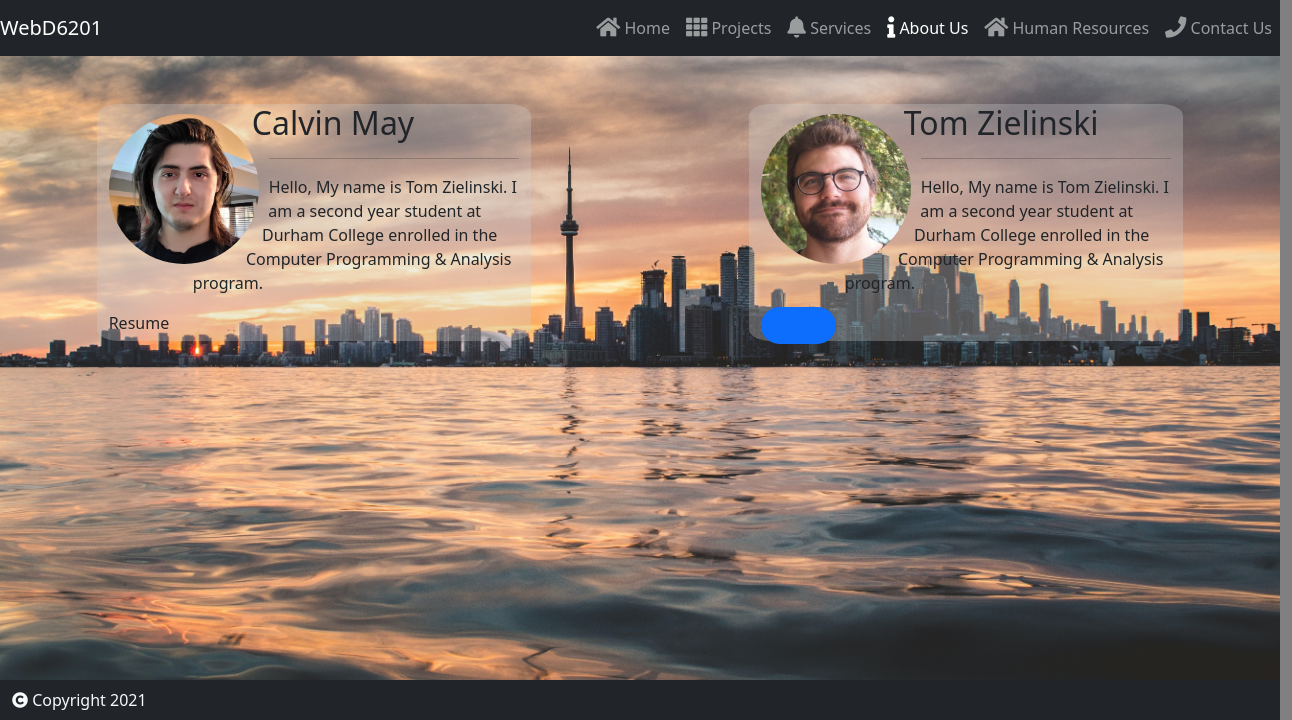
Repository: Tomelinski/Webd6201-Lab02
Page: about.html
The author's editor kept a copy of each file at every save. The page is drawn from the files as they stood at one save, then again after the next save.
The browser window is 1280 px wide. The page is 1292 px wide, so the pictures cover 1292 px, including what lies to the right of the window. The pictures show the whole page.

Above is the page before, as saved 2021-02-05 19:18:33.

### about.html
<!-- Author(s): Tom Zielinski,
 *              Calvin May
 *
 *   Date: 02/02/2021 | Last Modified: 02/03/2021
 *   Document: about.html
 *   Description: ...
-->
<!DOCTYPE html>
<html lang="en">
<head>
    <meta charset="UTF-8">
    <meta name="viewport" content="width=device-width, initial-scale=1.0">
    <title>About</title>
    <!-- -->
    <link rel="stylesheet" href="./node_modules/bootstrap/dist/css/bootstrap.min.css">
    <link rel="stylesheet" href="./node_modules/@fortawesome/fontawesome-free/css/all.min.css">
    <link rel="stylesheet" href="./Content/app.css">

</head>
<body>
      <!-- Main header -->
      <header>
        <!-- Main Nav -->
          <nav class="navbar navbar-expand-lg navbar-dark bg-dark ">
              <a class="navbar-brand" href="./index.html">WebD6201</a>
              <button class="navbar-toggler" type="button" data-toggle="collapse" data-target="#navbarSupportedContent" aria-controls="navbarSupportedContent" aria-expanded="false" aria-label="Toggle navigation">
                <span class="navbar-toggler-icon"></span>
              </button>

              <div class="collapse navbar-collapse" id="navbarSupportedContent">
                <ul id="pageList" class="navbar-nav ms-auto mb-2 mb-lg-0">
                  <li class="nav-item ">
                    <a class="nav-link" aria-current="page" href="index.html"><i class="fas fa-home fa-lg"></i> Home</a>
                  </li>

                  <li class="nav-item">
                      <a id="projects" class="nav-link" aria-current="page" href="products.html"><i class="fas fa-th fa-lg"></i> Products</a>
                  </li>

                  <li class="nav-item">
                      <a class="nav-link" aria-current="page" href="services.html"><i class="fas fa-bell fa-lg"></i> Services</a>
                  </li>

                  <li class="nav-item">
                      <a class="nav-link active" aria-current="page" href="about.html"><i class="fas fa-info fa-lg"></i> About Us</a>
                  </li>

                  <li class="nav-item">
                      <a class="nav-link" aria-current="page" href="contact.html"><i class="fas fa-phone fa-lg"></i> Contact Us</a>
                  </li>
                </ul>
              </div>
            </nav>
      </header>

      <main>
        <div class="container"></div>
          <div class="row justify-content-around">
            <div id="about-calvin" class="col-4 mt-5 about-background">

            </div>
            <div id="about-tom" class="col-4 mt-5 about-background">

            </div>
          </div>
        </div>
      </main>

    <!-- Script section -->
    <script src="./node_modules/jquery/dist/jquery.min.js"></script>
    <script src="./node_modules/bootstrap/dist/js/bootstrap.bundle.min.js"></script>
    <script src="./Scripts/app.js"></script>
</body>

</html>

### Content/app.css
/* Author(s): Tom Zielinski,
 *              Calvin May
 *
 *   Date: 02/02/2021 | Last Modified: 02/03/2021
 *   Document: Services.html
 *   Description: ...
*/
/* Custom css page */
body{
    width:100vw;
    height:100vh;
    background: url("../Pictures/Toronto.jpg") no-repeat center center fixed;
    -webkit-background-size: cover;
    -moz-background-size: cover;
    -o-background-size: cover;
    background-size: cover;
    overflow-x: hidden;
    margin:0px;
    min-height:100%;
    background-color: gray;
}

.headshot-portrait{
    width: 150px;
    height: 150px;
    border-radius: 50%;
    float: left;
    shape-outside: circle();
    margin: 10px 10px 15px 0px;
}

.about-background{
    background: rgba(210, 210, 210, 0.3);
    border-radius: 5%;

}

### Scripts/app.js
/** Author(s): Tom Zielinski,
 *             Calvin May
 *
 *  Date: 02/02/2021 | Last Modified: 02/03/2021
 *  Document: app.js
 *  Description: ...
 */

/** Custom JavaScript Page */

/** IFFE Function */
(() => {

    // Declarations
    let mainContent = document.getElementsByTagName("main")[0]; // Holds the <main> element


    // First Fix the upper, lower navbars. Ensuring they display properly
    fixNavBars();

    /** Web Application Startup Functions */
    /** Start() - Lets the application know which content to load
     *          based on the title of the document.
    */
    function Start() {
        console.log("Web App Started.");``


        // A switch case used to figure out which page is being loaded.
        switch (document.title) {
            case "Home":
                displayHomePage();
                break;
            case "About":
                displayAboutPage();
                break;
            case "Contact":
                displayContactPage();
                break;
            case "Projects":
                displayProjectsPage();
                break;
            case "Services":
                displayServicesPage();
                break;
            case "Human Resources":
                displayHumanResourcesPage();
                break;
        }

    }

    /** Display Page Content Functions */
    /** displayHomePage() - Loads the Content for index.html */
    function displayHomePage() {

        let newParagraph = document.createElement("p");
        newParagraph.setAttribute("id", "paragraphOne");
        newParagraph.className = "fs-6 col col-md-4 mt-5 m-auto px-4 border border-dark border-4 rounded";
        newParagraph.textContent = "Welcome to Cavlin May's and Tom Zielinski's Webd6201 Lab01 webpage.";

        mainContent.appendChild(newParagraph);
    }

    /** displayAboutPage() - Loads the Content for about.html */
    function displayAboutPage() {

        // About Tom Content
        //-Create Elements for About Tom
        let aboutTomDiv = document.getElementById("about-tom");
        let tomHeading = document.createElement("h2");
        let pic = document.createElement("img");
        let aboutTom = document.createElement("p");
        let tomResume = document.createElement("a");

        // Set the Attributes, html, and Content for Toms Elements
        tomHeading.textContent = "Tom Zielinski";
        pic.setAttribute("src", "../Pictures/Tom.jpeg");
        pic.setAttribute("class", "headshot-portrait");
        pic.setAttribute("alt", "Headshot of Tom");
        aboutTom.innerHTML = `<hr/><p>Hello, My name is Tom Zielinski. I am a second year student at Durham College enrolled in the Computer Programming & Analysis program.</p>`;
        tomResume.setAttribute("href", "../files/resumes/Tom_Resume.pdf");
        tomResume.setAttribute("download", "");
        tomResume.setAttribute("class", "navbar-brand rounded-pill bg-primary");
        tomResume.textContent = "Resume";

        // Insert the Elements within the about-tom div
        aboutTomDiv.appendChild(pic);
        aboutTomDiv.appendChild(tomHeading);
        aboutTomDiv.appendChild(aboutTom);
        aboutTomDiv.appendChild(tomResume);

        // About Calvin Content
        //-Create Elements for About Calvin
        let aboutCalvinDiv = document.getElementById("about-calvin");
        let calvinHeading = document.createElement("h2");
        let calvinPortrait = document.createElement("img");
        let aboutCalvin = document.createElement("p");
        let calvinResume = document.createElement("a");

        // Set the Attributes, html, and Content for Toms Elements
        calvinHeading.textContent = "Calvin May";
        calvinPortrait.setAttribute("src", "../Pictures/Calvin.jpg");
        calvinPortrait.setAttribute("class", "headshot-portrait");
        calvinPortrait.setAttribute("alt", "Headshot of Tom");
        aboutCalvin.innerHTML = `<hr/><p>Hello, My name is Tom Zielinski. I am a second year student at Durham College enrolled in the Computer Programming & Analysis program.</p>`;
        calvinResume.textContent = "Resume";

        // Insert the Elements within the about-tom div
        aboutCalvinDiv.appendChild(calvinPortrait);
        aboutCalvinDiv.appendChild(calvinHeading);
        aboutCalvinDiv.appendChild(aboutCalvin);
        aboutCalvinDiv.appendChild(calvinResume);
    }

    /** displayContactPage() - Loads the Content for contact.html */
    function displayContactPage() {

    }

    /** displayProjectsPage() - Loads the Content for projects.html */
    function displayProjectsPage() {

    }

    /** displayServicesPage() - Loads the Content for services.html */
    function displayServicesPage() {

    }

    /** displayHumanResourcesPage() - Loads the Content for human_resources.html */
    function displayHumanResourcesPage() {


    }

    /**
     * fixNavBars() - This Function is used to finish creating the Header/Footer Navbars
     *              using DOM Manipulation and Injection. First it fixes the "Products"
     *              NavBar link to correctly show, "Projects" and link to the projects.html
     *              page. It also Insert a new NavBar link, "Human Recources" between
     *              "About us" and "Contact Us" links. Finally, it adds a footer to the
     *              bottom of the page.
     */
    function fixNavBars()
    {
        // Fix the "Products" Nav item
        let projectPageAnchor = document.getElementById("projects");    // Get the Nav item Anchor tag by id
        projectPageAnchor.setAttribute("href", "projects.html");        // Correctly set the Hypertext Reference attribute
        projectPageAnchor.innerHTML = "<i class=\"fas fa-th fa-lg\"></i> Projects"; // Correctly set the text to indicate a project page

        // Insert a Nav item for Human Resources
        let navBarItemList = document.getElementById("pageList");  // Get the <ul> holding the Page links
        let humanResourcesListItem = document.createElement("li"); // Create a new list Item
        humanResourcesListItem.setAttribute("class", "nav-item");  // Set the class of the list item to "nav-item"
        // Create the anchor that will exist within the humanResourcesListItem
        let hrListItemData = '<a class="nav-link" aria-current="page" ' +
                             'href="human_resources.html"><i class="fas fa-home fa-lg"></i> Human Resources</a>';
        // Set the innerHtml with the data above
        humanResourcesListItem.innerHTML = hrListItemData;
        // Insert the new listitem before the 8th child within the <ul>
        //-(8th because it counts both the <li> elements and the <a> elements within)
        navBarItemList.insertBefore(humanResourcesListItem, navBarItemList.childNodes[8]);


        // Insert a new footer NavBar
        let footerData = "";    // A variable to hold the html code for the footers navBar
        // Create the footer element
        let pageFooter = document.createElement("footer");
        // Insert the new footer element before the "next" sibling of <main>
        //-Reads as <body>.insertBefore(pageFooter, elementAfterMain)
        mainContent.parentNode.insertBefore(pageFooter, mainContent.nextSibling);

        footerData = '<nav class="navbar fixed-bottom navbar-dark bg-dark"> ' +
                     '<div class="container-fluid"> ' +
                     '<h7 class="text-light"><i class="fas fa-copyright text-light"></i> Copyright 2021</h7> ' +
                     '</div> ' +
                     '</nav> ';
        pageFooter.innerHTML = footerData;

    }

    // Add an event listener for the load event (Page load).
    //-Call the Start() function so that we can display page
    //-specific content
    window.addEventListener("load", Start);

})();

Loaded but not shown: node_modules/bootstrap/dist/css/bootstrap.min.css (library); node_modules/@fortawesome/fontawesome-free/css/all.min.css (library); node_modules/jquery/dist/jquery.min.js (library); node_modules/bootstrap/dist/js/bootstrap.bundle.min.js (library)

After the next save:
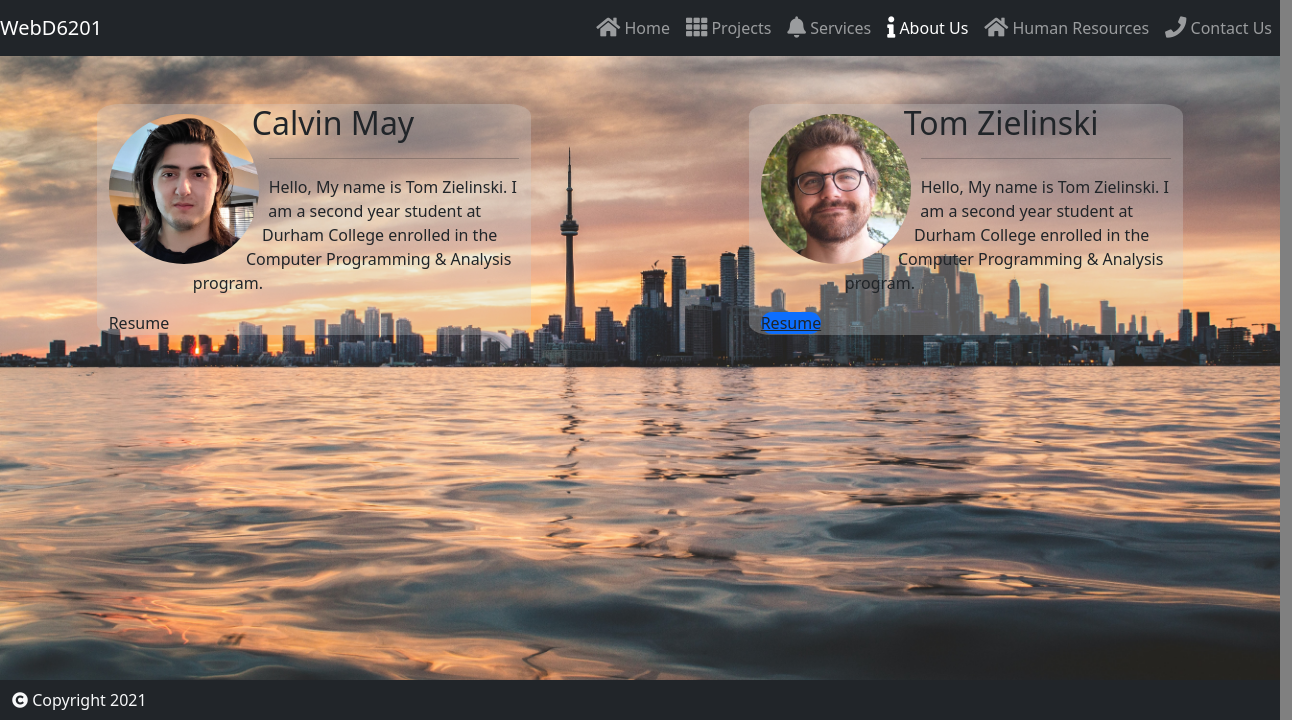
Saved 12 s later.
--- a/Scripts/app.js
+++ b/Scripts/app.js
@@ -81,7 +81,7 @@
         aboutTom.innerHTML = `<hr/><p>Hello, My name is Tom Zielinski. I am a second year student at Durham College enrolled in the Computer Programming & Analysis program.</p>`;
         tomResume.setAttribute("href", "../files/resumes/Tom_Resume.pdf");
         tomResume.setAttribute("download", "");
-        tomResume.setAttribute("class", "navbar-brand rounded-pill bg-primary");
+        tomResume.setAttribute("class", "text-dark rounded-pill bg-primary");
         tomResume.textContent = "Resume";
 
         // Insert the Elements within the about-tom div
